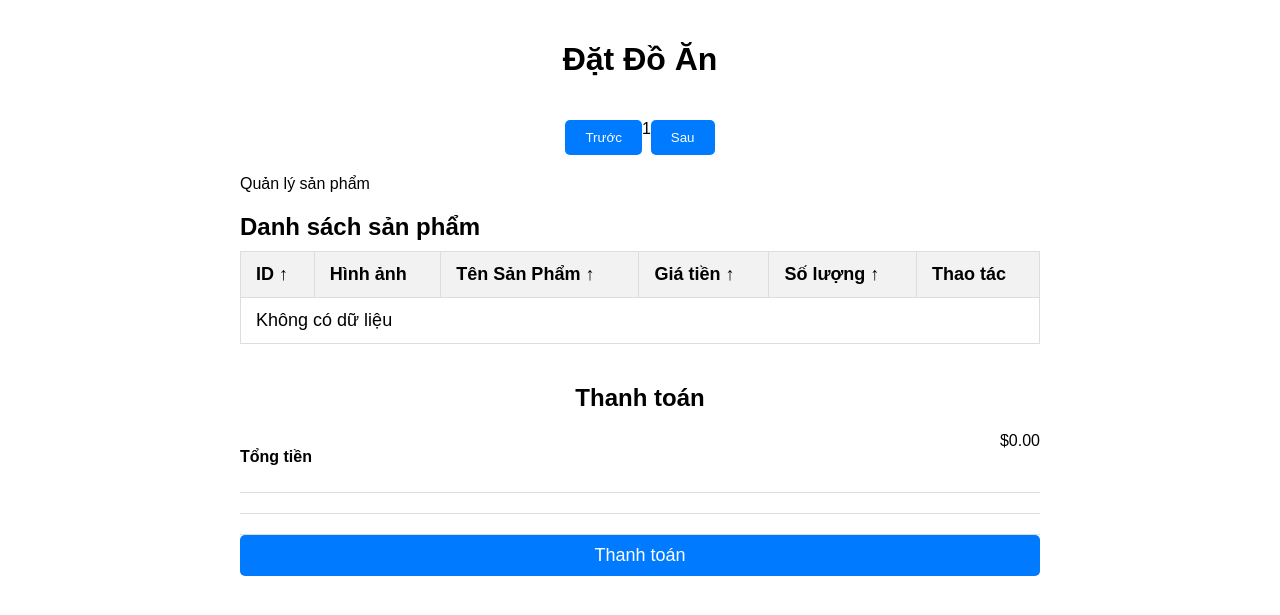
Repository: Tuananhdeptrai723/dientoandammay
Page: http://localhost/main/main.php
An editor plug-in stored every save of this project. The page is shown before and after the next save, followed by the edit.
The browser window is 1280 px wide. The pictures show the whole page.
The page is run by PHP 8.4 with error messages shown; the project is at /var/www/html/. Queries for data that is not in the repository find no rows.

Above is the page before, as saved 2024-06-04 20:24:17.

### main/main.php
<?php
include './ConnectDb.php';
?>

<!DOCTYPE html>
<html lang="en">
<head>
  <meta charset="UTF-8">
  <meta name="viewport" content="width=device-width, initial-scale=1.0">
  <title>Đặt Đồ Ăn</title>
  <link rel="stylesheet" href="./main.css">
  <link rel="stylesheet" href="https://cdnjs.cloudflare.com/ajax/libs/font-awesome/6.4.2/css/all.min.css" />
  <script src="https://code.jquery.com/jquery-3.6.0.min.js"></script>
</head>
<body>
  <div class="container">
    <h1>Đặt Đồ Ăn</h1>
    <div class="menu">
      <div class="product-container">
        <?php foreach ($products as $product): ?>
          <div class="menu-item">
            <img src="../asset/image/food<?php echo $product['ID']; ?>.jpg">
            <h3><?php echo $product['nameProducts']; ?></h3>
            <p>Số lượng: <?php echo $product['Quantity']; ?></p>
            <span class="price">$<?php echo $product['Price']; ?></span>
            <button <?php echo "onclick='addToCartClicked(" . $product["ID"] . ")'" ?> class="add-to-cart">Thêm vào giỏ hàng</button>
          </div>
        <?php endforeach; ?>
      </div>
    </div>
    <div class="pagination">
      <button class="prev-page">Trước</button>
      <span class="current-page">1</span>
      <button class="next-page">Sau</button>
    </div>
    <main class="main-dashboard">
      <div class="dashboard-title">Quản lý sản phẩm</div>
      <main class="page">
        <div class="box-dashboard">
          <table class="table caption-top">
            <caption>Danh sách sản phẩm</caption>
            <thead>
              <tr>
                <th scope="col" onclick="sortTable(0, true, true)">ID &#x2191;</th>
                <th scope="col">Hình ảnh</th>
                <th scope="col" onclick="sortTable(2, false, true)">Tên Sản Phẩm &#x2191;</th>
                <th scope="col" onclick="sortTable(3, true, true)">Giá tiền &#x2191;</th>
                <th scope="col" onclick="sortTable(4, true, true)">Số lượng &#x2191;</th>
                <th scope="col">Thao tác</th>
              </tr>
            </thead>
            <tbody>
              <?php
              if ($result2->num_rows > 0) {
                  while ($row = $result2->fetch_assoc()) {
                      $imagePath = "../asset/image/Food" . $row["ID"] . ".jpg";
                      echo "<tr class='tr-hover'>";
                      echo "<th scope='row'>" . $row["ID"] . "</th>";
                      echo "<td><img style='object-fit: cover;' src='" . $imagePath . "' alt='product image' width='70' height='70'></td>";
                      echo "<td>" . $row["nameProducts"] . "</td>";
                      echo "<td>" . $row["Price"] . "$</td>";
                      echo "<td>" . $row["Quantity"] ."</td>";
                      echo "<td>
                              <button class='btnDelete' onclick='deleteProduct(" . $row["ID"] . ")'>Xóa</button>
                            </td>";
                      echo "</tr>";
                  }
              } else {
                  echo "<tr><td colspan='6'>Không có dữ liệu</td></tr>";
              }
              ?>
            </tbody>
          </table>
          <div class="pagination">
            <?php
            for ($i = 1; $i <= $total_pages; $i++) {
                echo "<a href='?page=$i' class='" . ($i == $page ? "active" : "") . "'>$i</a>";
            }
            ?>
          </div>
        </div>

        <div class="box-dashboard">
          <h1 class="caption-pay">Thanh toán</h1>
          <div class="box-dashboard-row">
            <p class="title-row">Tổng tiền</p>
            <?php echo "$" . number_format($totalPrice, 2); ?>
          </div>
          <div class="box-dashboard-row"></div>
          <div class="box-dashboard-row"></div>
          <button id="openModalBtn" class="payBtn">Thanh toán</button>
        </div>
      </main>
    </main>
  </div>
  <script src="./main.js"></script>
  <script>
  function addToCartClicked(productId) {
    $.ajax({
      url: "./ConnectDb.php",
      type: "POST",
      data: { productId: productId },
      success: function () {
        console.log("success");
        alert('Thêm vào giỏ hàng thành công');
      },
      error: function (xhr, status, error) {
        console.log("error");
        console.log("Product ID:", productId);
      },
    });
  }

  function deleteProduct(productId) {
    $.ajax({
      url: "../main/deleteproduct.php",
      type: "POST",
      data: { productId: productId },
      success: function () {
        console.log("success");
        alert('Xóa sản phẩm thành công');
        location.reload(); // Tải lại trang sau khi xóa
      },
      error: function (xhr, status, error) {
        console.log("error");
        console.log("Product ID:", productId);
      },
    });
  }
  </script>
</body>
</html>

### main/ConnectDb.php
<?php
session_start();
ob_start();

// Kết nối đến CSDL
include '../config.php';

// Kiểm tra kết nối
if ($conn->connect_error) {
    die("Connection failed: " . $conn->connect_error);
}
// Truy vấn dữ liệu từ cơ sở dữ liệu
$sql = "SELECT * FROM cart LIMIT 15";
$result = $conn->query($sql);

// Tạo mảng chứa dữ liệu sản phẩm
$products = array();

if ($result->num_rows > 0) {
    while($row = $result->fetch_assoc()) {
        $products[] = $row;
    }
}



// addtocart

// Kiểm tra nếu có dữ liệu POST gửi đến
if ($_SERVER['REQUEST_METHOD'] == 'POST') {
    $productId = $_POST['productId'];

    // Lấy thông tin sản phẩm từ bảng products
    $sql = "SELECT nameProducts, Price FROM cart WHERE ID = '$productId'";
    $result = $conn->query($sql);

    if ($result->num_rows > 0) {
        $row = $result->fetch_assoc();
        $productName = $row['nameProducts'];
        $productPrice = $row['Price'];
        $quantity = 1; // Số lượng mặc định khi thêm vào giỏ hàng

        // Kiểm tra sản phẩm đã có trong giỏ hàng hay chưa
        $sql = "SELECT * FROM ordercart WHERE ID = '$productId'";
        $result = $conn->query($sql);

        if ($result->num_rows > 0) {
            // Nếu sản phẩm đã có trong giỏ hàng, cập nhật số lượng
            $sql = "UPDATE ordercart SET Quantity = Quantity + 1 WHERE ID = '$productId'";
        } else {
            // Nếu sản phẩm chưa có trong giỏ hàng, thêm mới
            $sql = "INSERT INTO ordercart (nameProducts, ID, Price, Quantity) VALUES ('$productName', '$productId', '$productPrice', '$quantity')";
        }

        if ($conn->query($sql) === TRUE) {
            echo "Add to cart success!";
        } else {
            echo "Error: " . $sql . "<br>" . $conn->error;

        }
    } else {
        echo "Product not found!";
    }
}

// Truy vấn dữ liệu từ bảng ordercart cho phần quản lý sản phẩm
$items_per_page = 3;
$page = isset($_GET['page']) ? (int)$_GET['page'] : 1;
$offset = ($page - 1) * $items_per_page;

// Truy vấn tổng số sản phẩm
$total_sql = "SELECT COUNT(*) as total FROM ordercart";
$total_result = $conn->query($total_sql);
$total_row = $total_result->fetch_assoc();
$total_items = $total_row['total'];
$total_pages = ceil($total_items / $items_per_page);

// Truy vấn tổng tiền
$totalPriceQuery = "SELECT SUM(Price * Quantity) AS total FROM ordercart";
$totalPriceResult = $conn->query($totalPriceQuery);
$totalPriceRow = $totalPriceResult->fetch_assoc();
$totalPrice = $totalPriceRow['total'];

// Truy vấn dữ liệu từ bảng ordercart
$sql = "SELECT ID, nameProducts, Price, Quantity FROM ordercart LIMIT $offset, $items_per_page";
$result2 = $conn->query($sql);



$conn->close();
?>

### config.php
<?php
define('DB_SERVER', 'localhost');
define('DB_USERNAME', 'root');
define('DB_PASSWORD', '');
define('DB_NAME', 'clouddb');

$conn = mysqli_connect(DB_SERVER, DB_USERNAME, DB_PASSWORD, DB_NAME);

if($conn === false){
    die("ERROR: Could not connect. " . mysqli_connect_error());
}
?>

### main/main.css
body {
  font-family: Arial, sans-serif;
  margin: 0;
  padding: 0;
}

.container {
  max-width: 800px;
  margin: 0 auto;
  padding: 20px;
}

h1,
h2 {
  text-align: center;
}

.menu {
  display: flex;
  flex-wrap: wrap;
  justify-content: center;
}

.menu-item {
  width: 250px;
  margin: 20px;
  padding: 10px;
  border: 1px solid #ccc;
  text-align: center;
}

.menu-item img {
  width: 150px;
  height: 150px;
  object-fit: cover;
}

.menu-item h3 {
  margin-top: 10px;
}

.menu-item .price {
  font-weight: bold;
  color: green;
}

.menu-item button {
  margin-top: 10px;
  padding: 5px 10px;
  background-color: #4caf50;
  color: white;
  border: none;
  cursor: pointer;
}

.cart {
  margin-top: 40px;
  padding: 20px;
  border: 1px solid #ccc;
}

.cart-items {
  list-style-type: none;
  padding: 0;
}

.cart-items li {
  display: flex;
  justify-content: space-between;
  margin-bottom: 10px;
}

.total {
  font-weight: bold;
  margin-top: 20px;
}

.checkout {
  margin-top: 20px;
  padding: 10px 20px;
  background-color: #4caf50;
  color: white;
  border: none;
  cursor: pointer;
}

.product-container {
  display: flex;
  flex-wrap: wrap;
}

.menu-item {
  width: 25%;
  padding: 10px;
  box-sizing: border-box;
}

.cart-notification {
  position: fixed;
  bottom: 20px;
  left: 50%;
  transform: translateX(-50%);
  background-color: #333;
  color: #fff;
  padding: 10px 20px;
  border-radius: 5px;
  opacity: 0;
  transition: opacity 0.3s ease-in-out;
}

.cart-notification.show {
  opacity: 1;
}

/* Thêm CSS cho bảng và phân trang */
/* Table styles */
.table {
  width: 100%;
  border-collapse: collapse;
  margin: 20px 0;
  font-size: 18px;
  text-align: left;
}

.table caption {
  font-size: 24px;
  font-weight: bold;
  margin-bottom: 10px;
  text-align: left;
}

.table th, .table td {
  padding: 12px 15px;
  border: 1px solid #ddd;
}

.table th {
  background-color: #f2f2f2;
  cursor: pointer;
}

.table tr {
  transition: background-color 0.3s ease;
}

.table tr:hover {
  background-color: #f1f1f1;
}

.table .tr-hover {
  background-color: #f9f9f9;
}

.table .tr-hover:hover {
  background-color: #e0e0e0;
}

.table img {
  border-radius: 5px;
}

/* Pagination styles */
.pagination {
  display: flex;
  justify-content: center;
  margin: 20px 0;
}

.pagination a {
  color: #333;
  padding: 10px 15px;
  margin: 0 5px;
  border: 1px solid #ddd;
  border-radius: 5px;
  text-decoration: none;
  transition: background-color 0.3s ease;
}

.pagination a.active {
  background-color: #007bff;
  color: #fff;
  border-color: #007bff;
}

.pagination a:hover {
  background-color: #ddd;
}

/* Button styles */
button {
  padding: 10px 20px;
  color: #fff;
  background-color: #007bff;
  border: none;
  border-radius: 5px;
  cursor: pointer;
  transition: background-color 0.3s ease;
}

button:hover {
  background-color: #0056b3;
}

.btnDelete {
  background-color: #dc3545;
}

.btnDelete:hover {
  background-color: #c82333;
}

.payBtn {
  width: 100%;
  font-size: 18px;
}

.caption-pay {
  font-size: 24px;
  font-weight: bold;
  margin-bottom: 10px;
}

.box-dashboard-row {
  display: flex;
  justify-content: space-between;
  padding: 10px 0;
  border-bottom: 1px solid #ddd;
}

.title-row {
  font-weight: bold;
}

### main/main.js
const productsPerPage = 3;
let currentPage = 1;
const menuItems = document.querySelectorAll(".menu-item");
const totalPages = Math.ceil(menuItems.length / productsPerPage);

function showPage(page) {
  const startIndex = (page - 1) * productsPerPage;
  const endIndex = startIndex + productsPerPage;

  menuItems.forEach((item, index) => {
    if (index >= startIndex && index < endIndex) {
      item.style.display = "block";
    } else {
      item.style.display = "none";
    }
  });

  document.querySelector(".current-page").textContent = page;
}

document.querySelector(".prev-page").addEventListener("click", () => {
  if (currentPage > 1) {
    currentPage--;
    showPage(currentPage);
  }
});

document.querySelector(".next-page").addEventListener("click", () => {
  if (currentPage < totalPages) {
    currentPage++;
    showPage(currentPage);
  }
});

showPage(1);

After the next save:
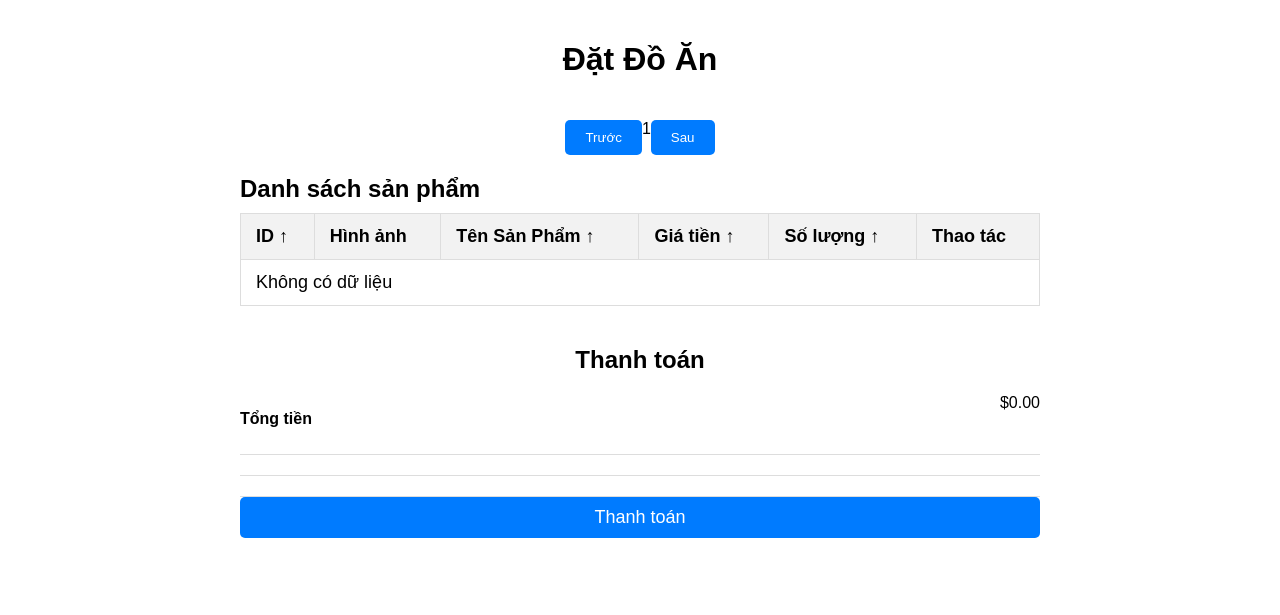
Saved 29 s later.
--- a/main/main.php
+++ b/main/main.php
@@ -34,7 +34,6 @@ include './ConnectDb.php';
       <button class="next-page">Sau</button>
     </div>
     <main class="main-dashboard">
-      <div class="dashboard-title">Quản lý sản phẩm</div>
       <main class="page">
         <div class="box-dashboard">
           <table class="table caption-top">
